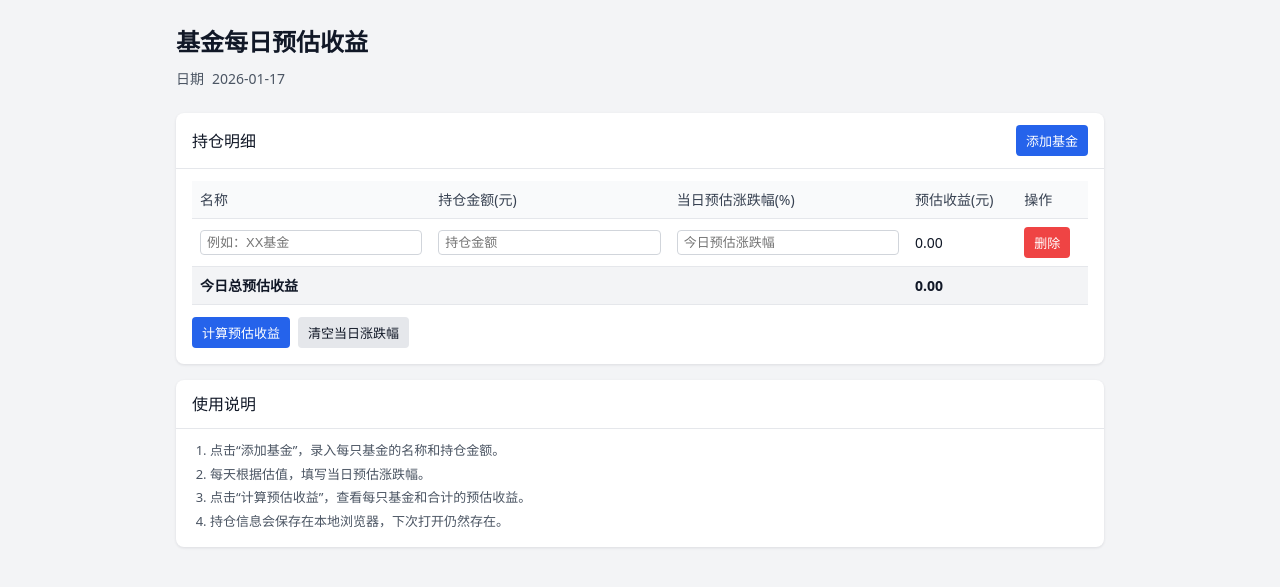
Repository: zt-boom/finance
Page: index.html
The author's editor kept a copy of each file at every save. The page is drawn from the files as they stood at one save, then again after the next save.
The browser window is 1280 px wide. The pictures show the whole page.

Above is the page before, as saved 2026-01-17 11:40:31.

### index.html
<!DOCTYPE html>
<html lang="zh-CN">
<head>
<meta charset="UTF-8">
<title>基金每日预估收益</title>
<meta name="viewport" content="width=device-width,initial-scale=1">
<link rel="stylesheet" href="./style.css">
</head>
<body>
<div class="app">
<header class="app-header">
<h1>基金每日预估收益</h1>
<div class="date-row">
<span>日期</span>
<span id="current-date"></span>
</div>
</header>
<main class="app-main">
<section class="card">
<div class="card-header">
<h2>持仓明细</h2>
<button id="add-fund-btn" class="primary-button">添加基金</button>
</div>
<div class="card-body">
<div class="table-wrapper">
<table class="fund-table">
<thead>
<tr>
<th>名称</th>
<th>持仓金额(元)</th>
<th>当日预估涨跌幅(%)</th>
<th>预估收益(元)</th>
<th>操作</th>
</tr>
</thead>
<tbody id="fund-table-body"></tbody>
<tfoot>
<tr class="summary-row">
<td colspan="3">今日总预估收益</td>
<td id="total-profit">0.00</td>
<td></td>
</tr>
</tfoot>
</table>
</div>
<div class="actions-row">
<button id="calculate-btn" class="primary-button">计算预估收益</button>
<button id="reset-percentage-btn" class="secondary-button">清空当日涨跌幅</button>
</div>
</div>
</section>
<section class="card">
<div class="card-header">
<h2>使用说明</h2>
</div>
<div class="card-body instructions">
<ol>
<li>点击“添加基金”，录入每只基金的名称和持仓金额。</li>
<li>每天根据估值，填写当日预估涨跌幅。</li>
<li>点击“计算预估收益”，查看每只基金和合计的预估收益。</li>
<li>持仓信息会保存在本地浏览器，下次打开仍然存在。</li>
</ol>
</div>
</section>
</main>
</div>
<script src="./main.js"></script>
</body>
</html>

### style.css
* {
box-sizing: border-box;
margin: 0;
padding: 0;
}

body {
font-family: system-ui, -apple-system, BlinkMacSystemFont, "Segoe UI", sans-serif;
background-color: #f3f4f6;
color: #111827;
line-height: 1.5;
}

.app {
max-width: 960px;
margin: 0 auto;
padding: 24px 16px 40px;
}

.app-header {
display: flex;
flex-direction: column;
gap: 8px;
margin-bottom: 24px;
}

.app-header h1 {
font-size: 24px;
font-weight: 600;
color: #111827;
}

.date-row {
display: flex;
gap: 8px;
align-items: center;
font-size: 14px;
color: #4b5563;
}

.app-main {
display: flex;
flex-direction: column;
gap: 16px;
}

.card {
background-color: #ffffff;
border-radius: 8px;
box-shadow: 0 1px 3px rgba(15, 23, 42, 0.1);
overflow: hidden;
}

.card-header {
display: flex;
justify-content: space-between;
align-items: center;
padding: 12px 16px;
border-bottom: 1px solid #e5e7eb;
}

.card-header h2 {
font-size: 16px;
font-weight: 500;
}

.card-body {
padding: 12px 16px 16px;
}

.table-wrapper {
overflow-x: auto;
margin-bottom: 12px;
}

.fund-table {
width: 100%;
border-collapse: collapse;
font-size: 14px;
}

.fund-table th,
.fund-table td {
border-bottom: 1px solid #e5e7eb;
padding: 8px;
text-align: left;
}

.fund-table thead {
background-color: #f9fafb;
}

.fund-table th {
font-weight: 500;
color: #374151;
}

.fund-table tbody tr:nth-child(even) {
background-color: #f9fafb;
}

.fund-table input {
width: 100%;
padding: 4px 6px;
font-size: 13px;
border-radius: 4px;
border: 1px solid #d1d5db;
outline: none;
}

.fund-table input:focus {
border-color: #2563eb;
box-shadow: 0 0 0 1px rgba(37, 99, 235, 0.2);
}

.summary-row td {
font-weight: 600;
color: #111827;
background-color: #f3f4f6;
}

.primary-button,
.secondary-button,
.danger-button {
border-radius: 4px;
border: none;
cursor: pointer;
font-size: 13px;
padding: 6px 10px;
display: inline-flex;
align-items: center;
justify-content: center;
}

.primary-button {
background-color: #2563eb;
color: #ffffff;
}

.primary-button:hover {
background-color: #1d4ed8;
}

.secondary-button {
background-color: #e5e7eb;
color: #111827;
}

.secondary-button:hover {
background-color: #d1d5db;
}

.danger-button {
background-color: #ef4444;
color: #ffffff;
}

.danger-button:hover {
background-color: #dc2626;
}

.actions-row {
display: flex;
flex-wrap: wrap;
gap: 8px;
margin-top: 4px;
}

.instructions {
font-size: 13px;
color: #4b5563;
}

.instructions ol {
padding-left: 18px;
display: flex;
flex-direction: column;
gap: 4px;
}

@media (max-width: 640px) {
.app {
padding-inline: 12px;
}
.card-header {
flex-direction: column;
gap: 8px;
align-items: flex-start;
}
}

### main.js
const STORAGE_KEY = "fund_holdings_v1";

function formatCurrency(value) {
if (Number.isNaN(value)) return "0.00";
return value.toFixed(2);
}

function getTodayDateString() {
const now = new Date();
const year = String(now.getFullYear());
const month = String(now.getMonth() + 1).padStart(2, "0");
const day = String(now.getDate()).padStart(2, "0");
return `${year}-${month}-${day}`;
}

function loadHoldingsFromStorage() {
try {
const raw = window.localStorage.getItem(STORAGE_KEY);
if (!raw) return [];
const parsed = JSON.parse(raw);
if (!Array.isArray(parsed)) return [];
return parsed;
} catch (e) {
return [];
}
}

function saveHoldingsToStorage(holdings) {
try {
const serialized = JSON.stringify(holdings);
window.localStorage.setItem(STORAGE_KEY, serialized);
} catch (e) {
}
}

function createTableRow(fund) {
const tr = document.createElement("tr");
const nameTd = document.createElement("td");
const amountTd = document.createElement("td");
const percentTd = document.createElement("td");
const profitTd = document.createElement("td");
const actionsTd = document.createElement("td");
const nameInput = document.createElement("input");
nameInput.type = "text";
nameInput.value = fund.name || "";
nameInput.placeholder = "例如：XX基金";
nameInput.addEventListener("change", handleStorageUpdate);
const amountInput = document.createElement("input");
amountInput.type = "number";
amountInput.step = "0.01";
amountInput.min = "0";
amountInput.value = fund.amount != null ? String(fund.amount) : "";
amountInput.placeholder = "持仓金额";
amountInput.addEventListener("change", handleStorageUpdate);
const percentInput = document.createElement("input");
percentInput.type = "number";
percentInput.step = "0.01";
percentInput.placeholder = "今日预估涨跌幅";
const profitSpan = document.createElement("span");
profitSpan.textContent = "0.00";
const deleteButton = document.createElement("button");
deleteButton.textContent = "删除";
deleteButton.className = "danger-button";
deleteButton.addEventListener("click", () => {
tr.remove();
handleStorageUpdate();
calculateProfit();
});
nameTd.appendChild(nameInput);
amountTd.appendChild(amountInput);
percentTd.appendChild(percentInput);
profitTd.appendChild(profitSpan);
actionsTd.appendChild(deleteButton);
tr.appendChild(nameTd);
tr.appendChild(amountTd);
tr.appendChild(percentTd);
tr.appendChild(profitTd);
tr.appendChild(actionsTd);
tr.dataset.role = "fund-row";
return tr;
}

function readHoldingsFromTable() {
const rows = document.querySelectorAll('tr[data-role="fund-row"]');
const holdings = [];
rows.forEach(row => {
const inputs = row.querySelectorAll("input");
const nameInput = inputs[0];
const amountInput = inputs[1];
const name = nameInput.value.trim();
const amount = parseFloat(amountInput.value);
if (!name && (Number.isNaN(amount) || amount <= 0)) {
return;
}
holdings.push({
name,
amount: Number.isNaN(amount) ? 0 : amount
});
});
return holdings;
}

function handleStorageUpdate() {
const holdings = readHoldingsFromTable();
saveHoldingsToStorage(holdings);
}

function populateTableFromStorage() {
const tbody = document.getElementById("fund-table-body");
tbody.innerHTML = "";
const holdings = loadHoldingsFromStorage();
if (holdings.length === 0) {
const row = createTableRow({ name: "", amount: null });
tbody.appendChild(row);
return;
}
holdings.forEach(fund => {
const row = createTableRow(fund);
tbody.appendChild(row);
});
}

function calculateProfit() {
const rows = document.querySelectorAll('tr[data-role="fund-row"]');
let totalProfit = 0;
rows.forEach(row => {
const inputs = row.querySelectorAll("input");
const amountInput = inputs[1];
const percentInput = inputs[2];
const amount = parseFloat(amountInput.value);
const percent = parseFloat(percentInput.value);
const profitCell = row.querySelector("td:nth-child(4) span");
if (Number.isNaN(amount) || Number.isNaN(percent)) {
profitCell.textContent = "0.00";
return;
}
const profit = amount * percent / 100;
totalProfit += profit;
profitCell.textContent = formatCurrency(profit);
});
const totalProfitElement = document.getElementById("total-profit");
totalProfitElement.textContent = formatCurrency(totalProfit);
}

function resetPercentages() {
const rows = document.querySelectorAll('tr[data-role="fund-row"]');
rows.forEach(row => {
const inputs = row.querySelectorAll("input");
const percentInput = inputs[2];
const profitCell = row.querySelector("td:nth-child(4) span");
percentInput.value = "";
profitCell.textContent = "0.00";
});
const totalProfitElement = document.getElementById("total-profit");
totalProfitElement.textContent = "0.00";
}

function initApp() {
const dateElement = document.getElementById("current-date");
if (dateElement) {
dateElement.textContent = getTodayDateString();
}
populateTableFromStorage();
const addFundButton = document.getElementById("add-fund-btn");
const calculateButton = document.getElementById("calculate-btn");
const resetPercentageButton = document.getElementById("reset-percentage-btn");
if (addFundButton) {
addFundButton.addEventListener("click", () => {
const tbody = document.getElementById("fund-table-body");
const row = createTableRow({ name: "", amount: null });
tbody.appendChild(row);
});
}
if (calculateButton) {
calculateButton.addEventListener("click", () => {
calculateProfit();
handleStorageUpdate();
});
}
if (resetPercentageButton) {
resetPercentageButton.addEventListener("click", () => {
resetPercentages();
});
}
}

if (document.readyState === "loading") {
document.addEventListener("DOMContentLoaded", initApp);
} else {
initApp();
}

After the next save:
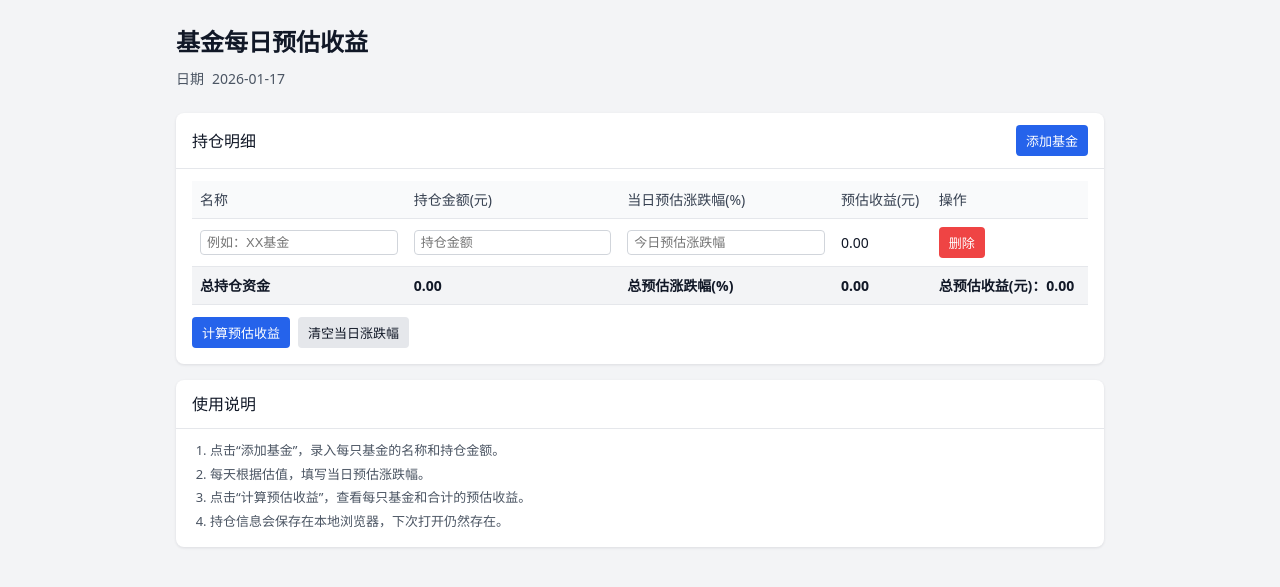
Saved 15 min 45 s later.
--- a/index.html
+++ b/index.html
@@ -36,9 +36,11 @@
 <tbody id="fund-table-body"></tbody>
 <tfoot>
 <tr class="summary-row">
-<td colspan="3">今日总预估收益</td>
-<td id="total-profit">0.00</td>
-<td></td>
+<td>总持仓资金</td>
+<td id="total-amount">0.00</td>
+<td>总预估涨跌幅(%)</td>
+<td id="total-percent">0.00</td>
+<td>总预估收益(元)：<span id="total-profit">0.00</span></td>
 </tr>
 </tfoot>
 </table>
